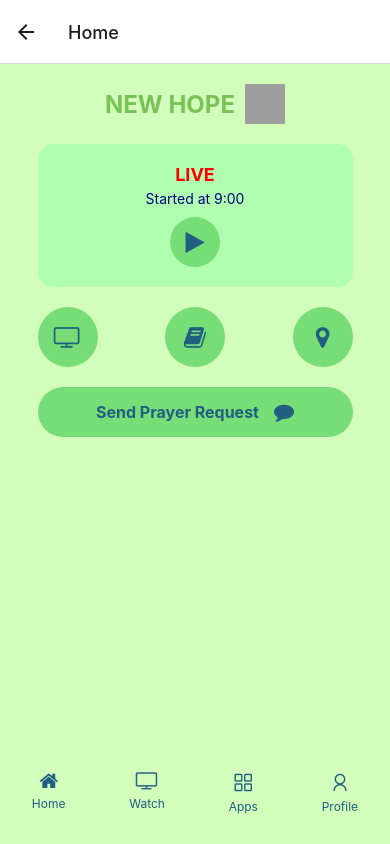
Repository: AbrahamM007/NewHopeChurchApp
Screen: /Home
The author's editor kept a copy of each file at every save. The screen is drawn from the files as they stood at one save, then again after the next save.
Pictures or frames that could not be fetched are drawn as grey boxes. The app was drawn by React Native's web renderer in a window 390 px wide. The project was rebuilt for these pictures with package versions that can differ from the ones it lists, and the page was loaded fresh each time. Some packages were replaced by stand-ins written for this rebuild. Also part of the build but not shown: screens/SignUpScreen.js.

Above is the screen before, as saved 2024-10-24 20:27:03.

### App.js
// App.js
import 'react-native-gesture-handler';
import React from 'react';
import { NavigationContainer } from '@react-navigation/native';
import { createStackNavigator } from '@react-navigation/stack';
import LoginScreen from './screens/LoginScreen';
import SignUpScreen from './screens/SignUpScreen';
import HomeScreen from './screens/HomeScreen';

const Stack = createStackNavigator();

function App() {
  return (
    <NavigationContainer>
      <Stack.Navigator initialRouteName="Login">
        <Stack.Screen name="Login" component={LoginScreen} />
        <Stack.Screen name="SignUp" component={SignUpScreen} />
        <Stack.Screen name="Home" component={HomeScreen} />
      </Stack.Navigator>
    </NavigationContainer>
  );
}

export default App;

### screens/LoginScreen.js
// screens/LoginScreen.js
import React, { useState } from 'react';
import { View, Text, TextInput, TouchableOpacity, StyleSheet, Alert } from 'react-native';
import { useNavigation } from '@react-navigation/native'; // Import navigation hook

const LoginScreen = () => {
  const [email, setEmail] = useState('');
  const [password, setPassword] = useState('');
  const navigation = useNavigation(); // Use the navigation hook

  // Function to handle login
  const handleLogin = () => {
    fetch('http://localhost:3000/api/login', {
      method: 'POST',
      headers: { 'Content-Type': 'application/json' },
      body: JSON.stringify({ email, password }),
    })
      .then((response) => response.json())
      .then((data) => {
        if (data.message === 'Login successful') {
          Alert.alert('Login successful');
          // Navigate to the Home screen
          navigation.navigate('Home');
        } else {
          Alert.alert(data.message);
        }
      })
      .catch((error) => {
        console.error('Error:', error);
        Alert.alert('An error occurred. Please try again.');
      });
  };

  // Function to handle registration
  const handleRegister = () => {
    fetch('http://localhost:3000/api/register', {
      method: 'POST',
      headers: { 'Content-Type': 'application/json' },
      body: JSON.stringify({ email, password }),
    })
      .then((response) => response.json())
      .then((data) => {
        if (data.message === 'User registered successfully') {
          Alert.alert('Registration successful, please log in');
        } else {
          Alert.alert(data.message);
        }
      })
      .catch((error) => {
        console.error('Error:', error);
        Alert.alert('An error occurred. Please try again.');
      });
  };

  return (
    <View style={styles.container}>
      <TextInput
        style={styles.input}
        placeholder="Enter email"
        placeholderTextColor="#888"
        value={email}
        onChangeText={(text) => setEmail(text)}
      />
      <TextInput
        style={styles.input}
        placeholder="Password"
        placeholderTextColor="#888"
        secureTextEntry
        value={password}
        onChangeText={(text) => setPassword(text)}
      />
      <TouchableOpacity style={styles.loginButton} onPress={handleLogin}>
        <Text style={styles.loginButtonText}>Log In</Text>
      </TouchableOpacity>
      <TouchableOpacity style={styles.registerButton} onPress={handleRegister}>
        <Text style={styles.registerButtonText}>Don't have an account? Register</Text>
      </TouchableOpacity>
    </View>
  );
};

const styles = StyleSheet.create({
  container: {
    flex: 1,
    justifyContent: 'center',
    padding: 16,
    backgroundColor: '#dff0c2',
  },
  input: {
    borderWidth: 1,
    borderColor: '#ccc',
    borderRadius: 5,
    padding: 10,
    marginBottom: 15,
    color: '#333',
  },
  loginButton: {
    backgroundColor: '#4CAF50',
    padding: 15,
    borderRadius: 10,
    alignItems: 'center',
    marginBottom: 15,
  },
  loginButtonText: {
    color: '#fff',
    fontWeight: 'bold',
  },
  registerButton: {
    alignItems: 'center',
    marginTop: 10,
  },
  registerButtonText: {
    color: '#1e90ff',
  },
});

export default LoginScreen;

### screens/HomeScreen.js
// screens/HomeScreen.js
import React from 'react';
import { View, Text, TouchableOpacity, StyleSheet, Image } from 'react-native';
import FontAwesome from 'react-native-vector-icons/FontAwesome';
import AntDesign from 'react-native-vector-icons/AntDesign';
import { useNavigation } from '@react-navigation/native';

const HomeScreen = () => {
  const navigation = useNavigation();

  return (
    <View style={styles.container}>
      {/* Header */}
      <View style={styles.header}>
        <Text style={styles.headerText}>NEW HOPE</Text>
        <Image
          source={{ uri: 'https://your-logo-url.com' }} // Replace with your logo URL
          style={styles.logo}
        />
      </View>

      {/* Live Stream Card */}
      <View style={styles.liveCard}>
        <Text style={styles.liveText}>LIVE</Text>
        <Text style={styles.startTimeText}>Started at 9:00</Text>
        <TouchableOpacity style={styles.playButton}>
          <FontAwesome name="play" size={24} color="#205E82" />
        </TouchableOpacity>
      </View>

      {/* Icon Buttons */}
      <View style={styles.iconButtonsContainer}>
        <TouchableOpacity style={styles.iconButton}>
          <FontAwesome name="television" size={24} color="#205E82" />
        </TouchableOpacity>
        <TouchableOpacity style={styles.iconButton}>
          <FontAwesome name="book" size={24} color="#205E82" />
        </TouchableOpacity>
        <TouchableOpacity style={styles.iconButton}>
          <FontAwesome name="map-marker" size={24} color="#205E82" />
        </TouchableOpacity>
      </View>

      {/* Prayer Request Button */}
      <TouchableOpacity style={styles.prayerButton}>
        <Text style={styles.prayerButtonText}>Send Prayer Request</Text>
        <FontAwesome name="comment" size={20} color="#205E82" style={styles.commentIcon} />
      </TouchableOpacity>

      {/* Bottom Navigation */}
      <View style={styles.bottomNavigation}>
        <TouchableOpacity style={styles.navItem}>
          <FontAwesome name="home" size={20} color="#205E82" />
          <Text style={styles.navText}>Home</Text>
        </TouchableOpacity>
        <TouchableOpacity style={styles.navItem}>
          <FontAwesome name="tv" size={20} color="#205E82" />
          <Text style={styles.navText}>Watch</Text>
        </TouchableOpacity>
        <TouchableOpacity style={styles.navItem}>
          <AntDesign name="appstore-o" size={20} color="#205E82" />
          <Text style={styles.navText}>Apps</Text>
        </TouchableOpacity>
        <TouchableOpacity style={styles.navItem}>
          <AntDesign name="user" size={20} color="#205E82" />
          <Text style={styles.navText}>Profile</Text>
        </TouchableOpacity>
      </View>
    </View>
  );
};

const styles = StyleSheet.create({
  container: {
    flex: 1,
    backgroundColor: '#D2FDBB',
    paddingHorizontal: 20,
    alignItems: 'center',
  },
  header: {
    flexDirection: 'row',
    alignItems: 'center',
    marginVertical: 20,
  },
  headerText: {
    fontSize: 24,
    fontWeight: 'bold',
    color: '#78C257',
    flex: 1,
    textAlign: 'center',
  },
  logo: {
    width: 40,
    height: 40,
    marginLeft: 10,
  },
  liveCard: {
    backgroundColor: '#B0FFB0',
    width: '90%',
    borderRadius: 15,
    padding: 20,
    marginBottom: 20,
    alignItems: 'center',
  },
  liveText: {
    color: 'red',
    fontWeight: 'bold',
    fontSize: 18,
  },
  startTimeText: {
    color: '#000080',
    marginTop: 5,
  },
  playButton: {
    marginTop: 10,
    backgroundColor: '#77DD76',
    borderRadius: 25,
    width: 50,
    height: 50,
    alignItems: 'center',
    justifyContent: 'center',
  },
  iconButtonsContainer: {
    flexDirection: 'row',
    justifyContent: 'space-between',
    width: '90%',
    marginBottom: 20,
  },
  iconButton: {
    backgroundColor: '#77DD76',
    borderRadius: 50,
    width: 60,
    height: 60,
    alignItems: 'center',
    justifyContent: 'center',
  },
  prayerButton: {
    backgroundColor: '#77DD76',
    padding: 15,
    borderRadius: 25,
    marginBottom: 20,
    width: '90%',
    alignItems: 'center',
    flexDirection: 'row',
    justifyContent: 'center',
  },
  prayerButtonText: {
    color: '#205E82',
    fontSize: 16,
    fontWeight: 'bold',
    marginRight: 10,
  },
  commentIcon: {
    marginLeft: 5,
  },
  bottomNavigation: {
    flexDirection: 'row',
    justifyContent: 'space-around',
    backgroundColor: '#D2FDBB',
    width: '100%',
    paddingVertical: 10,
    position: 'absolute',
    bottom: 20,
  },
  navItem: {
    alignItems: 'center',
  },
  navText: {
    fontSize: 12,
    color: '#205E82',
    marginTop: 5,
  },
});

export default HomeScreen;

### components/BottomNavigation.jsx
// components/BottomNavigation.jsx
import React from 'react';
import { View, Text, TouchableOpacity, StyleSheet } from 'react-native';
import FontAwesome from 'react-native-vector-icons/FontAwesome';
import AntDesign from 'react-native-vector-icons/AntDesign';
import { useNavigation } from '@react-navigation/native';

const BottomNavigation = () => {
  const navigation = useNavigation();

  return (
    <View style={styles.bottomNavigation}>
      <TouchableOpacity style={styles.navItem} onPress={() => navigation.navigate('Home')}>
        <FontAwesome name="home" size={20} color="#205E82" />
        <Text style={styles.navText}>Home</Text>
      </TouchableOpacity>
      <TouchableOpacity style={styles.navItem} onPress={() => navigation.navigate('Watch')}>
        <FontAwesome name="tv" size={20} color="#205E82" />
        <Text style={styles.navText}>Watch</Text>
      </TouchableOpacity>
      <TouchableOpacity style={styles.navItem} onPress={() => navigation.navigate('Apps')}>
        <AntDesign name="appstore-o" size={20} color="#205E82" />
        <Text style={styles.navText}>Apps</Text>
      </TouchableOpacity>
      <TouchableOpacity style={styles.navItem} onPress={() => navigation.navigate('Profile')}>
        <AntDesign name="user" size={20} color="#205E82" />
        <Text style={styles.navText}>Profile</Text>
      </TouchableOpacity>
    </View>
  );
};

const styles = StyleSheet.create({
  bottomNavigation: {
    flexDirection: 'row',
    justifyContent: 'space-around',
    backgroundColor: '#D2FDBB',
    borderRadius: 25,
    width: '100%',
    paddingVertical: 10,
    position: 'absolute',
    bottom: 20,

    // Shadow properties for iOS
    shadowColor: '#000',
    shadowOffset: { width: 0, height: 3 },
    shadowOpacity: 0.27,
    shadowRadius: 4.65,

    // Elevation for Android
    elevation: 6,
  },
  navItem: {
    alignItems: 'center',
  },
  navText: {
    fontSize: 12,
    color: '#205E82',
    marginTop: 5,
  },
});

export default BottomNavigation;

Loaded but not shown: index.js (common file)

After the next save:
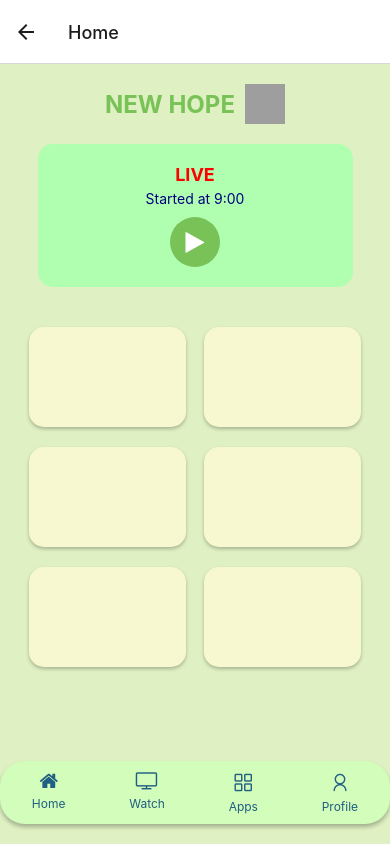
Saved 20 s later.
--- a/screens/HomeScreen.js
+++ b/screens/HomeScreen.js
@@ -1,13 +1,10 @@
-// screens/HomeScreen.js
+// HomeScreen.jsx
 import React from 'react';
 import { View, Text, TouchableOpacity, StyleSheet, Image } from 'react-native';
 import FontAwesome from 'react-native-vector-icons/FontAwesome';
-import AntDesign from 'react-native-vector-icons/AntDesign';
-import { useNavigation } from '@react-navigation/native';
+import BottomNavigation from '../components/BottomNavigation';
 
 const HomeScreen = () => {
-  const navigation = useNavigation();
-
   return (
     <View style={styles.container}>
       {/* Header */}
@@ -24,48 +21,28 @@
         <Text style={styles.liveText}>LIVE</Text>
         <Text style={styles.startTimeText}>Started at 9:00</Text>
         <TouchableOpacity style={styles.playButton}>
-          <FontAwesome name="play" size={24} color="#205E82" />
+          <FontAwesome name="play" size={24} color="#fff" />
         </TouchableOpacity>
       </View>
 
-      {/* Icon Buttons */}
-      <View style={styles.iconButtonsContainer}>
-        <TouchableOpacity style={styles.iconButton}>
-          <FontAwesome name="television" size={24} color="#205E82" />
-        </TouchableOpacity>
-        <TouchableOpacity style={styles.iconButton}>
-          <FontAwesome name="book" size={24} color="#205E82" />
-        </TouchableOpacity>
-        <TouchableOpacity style={styles.iconButton}>
-          <FontAwesome name="map-marker" size={24} color="#205E82" />
-        </TouchableOpacity>
+      {/* Grid of Cards */}
+      <View style={styles.cardGrid}>
+        <View style={styles.cardRow}>
+          <View style={styles.card} />
+          <View style={styles.card} />
+        </View>
+        <View style={styles.cardRow}>
+          <View style={styles.card} />
+          <View style={styles.card} />
+        </View>
+        <View style={styles.cardRow}>
+          <View style={styles.card} />
+          <View style={styles.card} />
+        </View>
       </View>
 
-      {/* Prayer Request Button */}
-      <TouchableOpacity style={styles.prayerButton}>
-        <Text style={styles.prayerButtonText}>Send Prayer Request</Text>
-        <FontAwesome name="comment" size={20} color="#205E82" style={styles.commentIcon} />
-      </TouchableOpacity>
-
       {/* Bottom Navigation */}
-      <View style={styles.bottomNavigation}>
-        <TouchableOpacity style={styles.navItem}>
-          <FontAwesome name="home" size={20} color="#205E82" />
-          <Text style={styles.navText}>Home</Text>
-        </TouchableOpacity>
-        <TouchableOpacity style={styles.navItem}>
-          <FontAwesome name="tv" size={20} color="#205E82" />
-          <Text style={styles.navText}>Watch</Text>
-        </TouchableOpacity>
-        <TouchableOpacity style={styles.navItem}>
-          <AntDesign name="appstore-o" size={20} color="#205E82" />
-          <Text style={styles.navText}>Apps</Text>
-        </TouchableOpacity>
-        <TouchableOpacity style={styles.navItem}>
-          <AntDesign name="user" size={20} color="#205E82" />
-          <Text style={styles.navText}>Profile</Text>
-        </TouchableOpacity>
-      </View>
+      <BottomNavigation />
     </View>
   );
 };
@@ -73,7 +50,7 @@
 const styles = StyleSheet.create({
   container: {
     flex: 1,
-    backgroundColor: '#D2FDBB',
+    backgroundColor: '#DFF0C2',
     paddingHorizontal: 20,
     alignItems: 'center',
   },
@@ -113,62 +90,36 @@
   },
   playButton: {
     marginTop: 10,
-    backgroundColor: '#77DD76',
+    backgroundColor: '#78C257',
     borderRadius: 25,
     width: 50,
     height: 50,
     alignItems: 'center',
     justifyContent: 'center',
   },
-  iconButtonsContainer: {
+  cardGrid: {
+    width: '100%',
+    marginTop: 20,
+  },
+  cardRow: {
     flexDirection: 'row',
-    justifyContent: 'space-between',
-    width: '90%',
+    justifyContent: 'space-around',
     marginBottom: 20,
   },
-  iconButton: {
-    backgroundColor: '#77DD76',
-    borderRadius: 50,
-    width: 60,
-    height: 60,
-    alignItems: 'center',
-    justifyContent: 'center',
-  },
-  prayerButton: {
-    backgroundColor: '#77DD76',
-    padding: 15,
-    borderRadius: 25,
-    marginBottom: 20,
-    width: '90%',
-    alignItems: 'center',
-    flexDirection: 'row',
-    justifyContent: 'center',
-  },
-  prayerButtonText: {
-    color: '#205E82',
-    fontSize: 16,
-    fontWeight: 'bold',
-    marginRight: 10,
-  },
-  commentIcon: {
-    marginLeft: 5,
-  },
-  bottomNavigation: {
-    flexDirection: 'row',
-    justifyContent: 'space-around',
-    backgroundColor: '#D2FDBB',
-    width: '100%',
-    paddingVertical: 10,
-    position: 'absolute',
-    bottom: 20,
-  },
-  navItem: {
-    alignItems: 'center',
-  },
-  navText: {
-    fontSize: 12,
-    color: '#205E82',
-    marginTop: 5,
+  card: {
+    backgroundColor: '#F8F8D0',
+    width: '45%',
+    height: 100,
+    borderRadius: 15,
+
+    // Shadow for iOS
+    shadowColor: '#000',
+    shadowOffset: { width: 0, height: 2 },
+    shadowOpacity: 0.25,
+    shadowRadius: 3.84,
+
+    // Elevation for Android
+    elevation: 5,
   },
 });
 

After the save that followed:
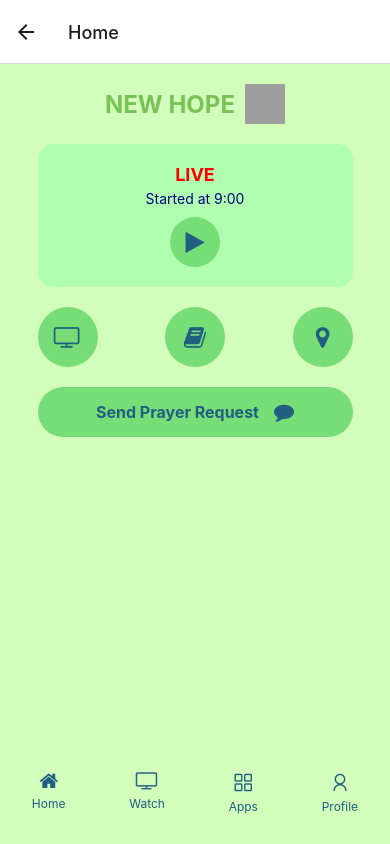
Saved 88 s later.
--- a/screens/HomeScreen.js
+++ b/screens/HomeScreen.js
@@ -1,10 +1,13 @@
-// HomeScreen.jsx
+// screens/HomeScreen.js
 import React from 'react';
 import { View, Text, TouchableOpacity, StyleSheet, Image } from 'react-native';
 import FontAwesome from 'react-native-vector-icons/FontAwesome';
-import BottomNavigation from '../components/BottomNavigation';
+import AntDesign from 'react-native-vector-icons/AntDesign';
+import { useNavigation } from '@react-navigation/native';
 
 const HomeScreen = () => {
+  const navigation = useNavigation();
+
   return (
     <View style={styles.container}>
       {/* Header */}
@@ -21,28 +24,48 @@
         <Text style={styles.liveText}>LIVE</Text>
         <Text style={styles.startTimeText}>Started at 9:00</Text>
         <TouchableOpacity style={styles.playButton}>
-          <FontAwesome name="play" size={24} color="#fff" />
+          <FontAwesome name="play" size={24} color="#205E82" />
         </TouchableOpacity>
       </View>
 
-      {/* Grid of Cards */}
-      <View style={styles.cardGrid}>
-        <View style={styles.cardRow}>
-          <View style={styles.card} />
-          <View style={styles.card} />
-        </View>
-        <View style={styles.cardRow}>
-          <View style={styles.card} />
-          <View style={styles.card} />
-        </View>
-        <View style={styles.cardRow}>
-          <View style={styles.card} />
-          <View style={styles.card} />
-        </View>
+      {/* Icon Buttons */}
+      <View style={styles.iconButtonsContainer}>
+        <TouchableOpacity style={styles.iconButton}>
+          <FontAwesome name="television" size={24} color="#205E82" />
+        </TouchableOpacity>
+        <TouchableOpacity style={styles.iconButton}>
+          <FontAwesome name="book" size={24} color="#205E82" />
+        </TouchableOpacity>
+        <TouchableOpacity style={styles.iconButton}>
+          <FontAwesome name="map-marker" size={24} color="#205E82" />
+        </TouchableOpacity>
       </View>
 
+      {/* Prayer Request Button */}
+      <TouchableOpacity style={styles.prayerButton}>
+        <Text style={styles.prayerButtonText}>Send Prayer Request</Text>
+        <FontAwesome name="comment" size={20} color="#205E82" style={styles.commentIcon} />
+      </TouchableOpacity>
+
       {/* Bottom Navigation */}
-      <BottomNavigation />
+      <View style={styles.bottomNavigation}>
+        <TouchableOpacity style={styles.navItem}>
+          <FontAwesome name="home" size={20} color="#205E82" />
+          <Text style={styles.navText}>Home</Text>
+        </TouchableOpacity>
+        <TouchableOpacity style={styles.navItem}>
+          <FontAwesome name="tv" size={20} color="#205E82" />
+          <Text style={styles.navText}>Watch</Text>
+        </TouchableOpacity>
+        <TouchableOpacity style={styles.navItem}>
+          <AntDesign name="appstore-o" size={20} color="#205E82" />
+          <Text style={styles.navText}>Apps</Text>
+        </TouchableOpacity>
+        <TouchableOpacity style={styles.navItem}>
+          <AntDesign name="user" size={20} color="#205E82" />
+          <Text style={styles.navText}>Profile</Text>
+        </TouchableOpacity>
+      </View>
     </View>
   );
 };
@@ -50,7 +73,7 @@
 const styles = StyleSheet.create({
   container: {
     flex: 1,
-    backgroundColor: '#DFF0C2',
+    backgroundColor: '#D2FDBB',
     paddingHorizontal: 20,
     alignItems: 'center',
   },
@@ -90,36 +113,62 @@
   },
   playButton: {
     marginTop: 10,
-    backgroundColor: '#78C257',
+    backgroundColor: '#77DD76',
     borderRadius: 25,
     width: 50,
     height: 50,
     alignItems: 'center',
     justifyContent: 'center',
   },
-  cardGrid: {
-    width: '100%',
-    marginTop: 20,
+  iconButtonsContainer: {
+    flexDirection: 'row',
+    justifyContent: 'space-between',
+    width: '90%',
+    marginBottom: 20,
   },
-  cardRow: {
+  iconButton: {
+    backgroundColor: '#77DD76',
+    borderRadius: 50,
+    width: 60,
+    height: 60,
+    alignItems: 'center',
+    justifyContent: 'center',
+  },
+  prayerButton: {
+    backgroundColor: '#77DD76',
+    padding: 15,
+    borderRadius: 25,
+    marginBottom: 20,
+    width: '90%',
+    alignItems: 'center',
+    flexDirection: 'row',
+    justifyContent: 'center',
+  },
+  prayerButtonText: {
+    color: '#205E82',
+    fontSize: 16,
+    fontWeight: 'bold',
+    marginRight: 10,
+  },
+  commentIcon: {
+    marginLeft: 5,
+  },
+  bottomNavigation: {
     flexDirection: 'row',
     justifyContent: 'space-around',
-    marginBottom: 20,
+    backgroundColor: '#D2FDBB',
+    width: '100%',
+    paddingVertical: 10,
+    position: 'absolute',
+    bottom: 20,
   },
-  card: {
-    backgroundColor: '#F8F8D0',
-    width: '45%',
-    height: 100,
-    borderRadius: 15,
-
-    // Shadow for iOS
-    shadowColor: '#000',
-    shadowOffset: { width: 0, height: 2 },
-    shadowOpacity: 0.25,
-    shadowRadius: 3.84,
-
-    // Elevation for Android
-    elevation: 5,
+  navItem: {
+    alignItems: 'center',
+  },
+  navText: {
+    fontSize: 12,
+    color: '#205E82',
+    marginTop: 5,
   },
 });
 
